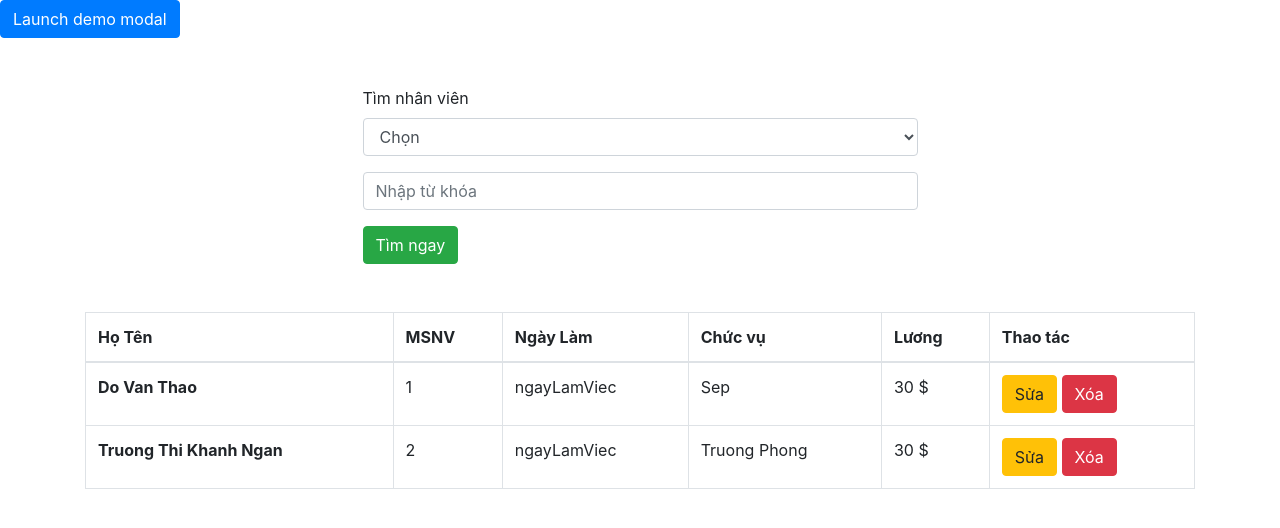
Repository: dovanthao2404/quanlynhanvien
Page: index.html
The author's editor kept a copy of each file at every save. The page is drawn from the files as they stood at one save, then again after the next save.
The browser window is 1280 px wide. The pictures show the whole page.

Above is the page before, as saved 2021-06-30 01:05:54.

### index.html
<!DOCTYPE html>
<html lang="en">

<head>
  <meta charset="UTF-8">
  <meta http-equiv="X-UA-Compatible" content="IE=edge">
  <meta name="viewport" content="width=device-width, initial-scale=1.0">
  <title>Quan Ly Nhan Vien</title>
  <!-- BOOTSTRAP  -->
  <link rel="stylesheet" href="https://cdn.jsdelivr.net/npm/bootstrap@4.6.0/dist/css/bootstrap.min.css"
    integrity="sha384-B0vP5xmATw1+K9KRQjQERJvTumQW0nPEzvF6L/Z6nronJ3oUOFUFpCjEUQouq2+l" crossorigin="anonymous">
  <!-- MAIN CSS -->
  <link rel="stylesheet" href="./css/style.css">
</head>

<body>
  <!-- Button trigger modal -->
  <button type="button" class="btn btn-primary" data-toggle="modal" data-target="#exampleModal">
    Launch demo modal
  </button>

  <!-- Modal -->
  <div class="main">
    <div class="modal fade" id="exampleModal" tabindex="-1" aria-labelledby="exampleModalLabel" aria-hidden="true">
      <div class="modal-dialog">
        <div class="modal-content">
          <div class="modal-header">
            <h2 id="header-title" class="modal-title">Quản lý nhân viên</h2>
            <button type="button" class="close" data-dismiss="modal" aria-label="Close">
              <span aria-hidden="true">&times;</span>
            </button>
          </div>
          <div class="modal-body">
            <div class="form-group">
              <input type="text" class="form-control" id="msnv" placeholder="Mã số nhân viên">
              <span id="thongBaoMNV" class="sp-thongbao text-danger"></span>
            </div>
            <div class="form-group">
              <input type="text" class="form-control" id="hoTen" placeholder="Họ tên*">
              <span id="thongBaoHo" class="sp-thongbao text-danger"></span>
            </div>
            <div class="form-group">
              <input type="text" class="form-control" id="email" placeholder="Email">
              <span id="thongBaoMNV" class="sp-thongbao text-danger"></span>
            </div>
            <div class="form-group">
              <input type="password" class="form-control" id="matKhau" placeholder="Mật khẩu">
              <span id="thongBaoMNV" class="sp-thongbao text-danger"></span>

            </div>
            <div class="form-group">
              <input type="date" class="form-control" id="ngayLam">
              <span id="thongBaoNgayLam" class="sp-thongbao text-danger"></span>

            </div>
            <div class="form-group">
              <select id="chucVu" class="form-control">
                <option selected>Chức vụ</option>
                <option>Sếp</option>
                <option>Trưởng Phòng</option>
                <option>Nhân Viên</option>
              </select>
              <span id="thongBaoChucVu" class="sp-thongbao text-danger"></span>

            </div>

          </div>
          <div class="modal-footer">
            <div class="form-group">

              <button class="btn btn-primary" type="button" id="btnThemNhanVien">Thêm Nhân Viên</button>
              <button class="btn btn-primary" type="button" id="btnCapNhat">Cập nhật</button>
              <button class="btn btn-primary" type="button" id="btnDong">Đóng</button>
            </div>

          </div>
        </div>
      </div>
    </div>
    <div class="search-staff my-5">
      <div class="container">
        <div class="add-staff__content w-50 mx-auto">
          <div class="form-group">
            <label for="">Tìm nhân viên</label>
            <select id="" class="form-control">
              <option selected>Chọn</option>
              <option>Theo Tên</option>
              <option>Theo mã</option>
            </select>
            <span class="sp-thongbao text-danger"></span>
          </div>
          <div class="form-group">
            <input class="form-control" type="text" placeholder="Nhập từ khóa">
          </div>
          <div class="form-group">
            <input class="btn btn-success" type="button" value="Tìm ngay">
          </div>
        </div>
      </div>
    </div>
  </div>

  <div class="list-staff">
    <div class="container">
      <div id="list-staff__content">
        <table id="danhSachNhanVien" class="table table-bordered">
          <thead>
            <tr>
              <th scope="col">Họ Tên</th>
              <th scope="col">MSNV</th>
              <th scope="col">Ngày Làm</th>
              <th scope="col">Chức vụ</th>
              <th scope="col">Lương</th>
              <th scope="col">Thao tác</th>
            </tr>
          </thead>
          <tboby>
            <tr>
              <th scope="row">a</th>
              <td>Jacob</td>
              <td>Thornton</td>
              <td>@fat</td>
              <td>Jacob</td>
              <td>
                <button class="btn btn-warning" id="sua">Sửa</button>
                <button class="btn btn-danger" id="xoa">Xóa</button>
              </td>
            </tr>
          </tboby>
        </table>
      </div>
    </div>
  </div>
  <!-- BOOSTRAP -->
  <script src="https://code.jquery.com/jquery-3.5.1.slim.min.js"
    integrity="sha384-DfXdz2htPH0lsSSs5nCTpuj/zy4C+OGpamoFVy38MVBnE+IbbVYUew+OrCXaRkfj"
    crossorigin="anonymous"></script>
  <script src="https://cdn.jsdelivr.net/npm/bootstrap@4.6.0/dist/js/bootstrap.bundle.min.js"
    integrity="sha384-Piv4xVNRyMGpqkS2by6br4gNJ7DXjqk09RmUpJ8jgGtD7zP9yug3goQfGII0yAns"
    crossorigin="anonymous"></script>
  <script src="./js/NhanVien.js"></script>
  <script src="js/CongTy.js"></script>
  <script src="js/main.js"></script>
</body>

</html>

### js/NhanVien.js
class NhanVien {

  constructor(maNV, hoTen, email, matKhau, ngayLamViec, chucVu) {
    this.maNV = maNV;
    this.hoTen = hoTen;
    this.email = email;
    this.matKhau = matKhau;
    this.ngayLamViec = ngayLamViec;
    this.chucVu = chucVu;
    this.mangDoiChieu = [this.maNV, this.hoTen, this.email
      , this.matKhau, this.ngayLamViec, this.chucVu];
  }
}

### js/CongTy.js
class CongTy {
  constructor() {
    this.DanhSachNhanVien = [];
  }
  // Phương thức thêm nhân viên mới vào mảng (thuộc tính) DanhSachNhanVien
  ThemNhanVien(nhanVienMoi) {
    this.DanhSachNhanVien = [...this.DanhSachNhanVien, nhanVienMoi];
  }

  // Phước thức tìm nhân viên theo mã nhân viên, trả về vị trí nhân viên trong mảng DanhSachNhanVien
  TimViTriNhanVien(maNV) {
    // return this.DanhSachNhanVien.find(nhanVien => nhanVien.maNV === maNV)
    for (let viTri in this.DanhSachNhanVien) {
      if (this.DanhSachNhanVien[viTri].maNV === maNV) {
        return viTri;
      }
    }
    return -1;
  }

  // Tìm nhân viên theo mã trả về nhân viên
  TimNhanVienTheoMa(maNV) {
    let viTri = this.TimViTriNhanVien(maNV);
    if (viTri != -1) {
      return this.DanhSachNhanVien[viTri];
    } else {
    }
  }

  // Xóa nhân viên theo mã
  XoaNhanVien(maNV) {
    let viTri = this.TimViTriNhanVien(maNV);
    if (viTri != -1) {
      this.DanhSachNhanVien.splice(viTri, 1);
    } else {
    }
  }

  // Sửa nhân viên
  SuaNhanVien(nhanVien) {
    let viTri = this.TimViTriNhanVien(nhanVien.maNV);
    this.DanhSachNhanVien[viTri] = nhanVien;
  }

  // Tìm nhân viên theo tên --> trả về danh sách nhân viên
  TimNhanVienTheoTen(hoTen) {
    let dskq = new CongTy();
    hoTen = hoTen.trim().toUpperCase();
    for (let nhanVien of this.DanhSachNhanVien) {
      let hoTenNV = nhanVien.hoTen.trim().toUpperCase();
      if (hoTenNV.search(hoTen) !== -1) {
        dskq.ThemNhanVien(nhanVien);
      }
    }
    return dskq;
  }
}

### js/main.js
function getEle(ele) {
  return document.getElementById(ele);
}

var congTy = new CongTy();
var nhanVienMoi = new NhanVien('1', "Do Van Thao", 'abc@gmail.com', 'truongthikhanhngan', 'ngayLamViec', 'Sep');
congTy.ThemNhanVien(nhanVienMoi);
nhanVienMoi = new NhanVien('2', "Truong Thi Khanh Ngan", 'abc@gmail.com', 'truongthikhanhngan', 'ngayLamViec', 'Truong Phong');
congTy.ThemNhanVien(nhanVienMoi);

// Ham goi modal popup: Them Nhan Vien or Sua thong tin nhan vien
GoiModal = (modal_title, readonly = false, type = 1) => {
  // type = 1: them nhan vien, type = 2: sua thong tin
  getEle('header-title').innerHTML = modal_title;
  getEle('msnv').readonly = readonly;

  switch (type) {
    case 1: //Them nhanVien
      getEle("btnThemNhanVien").style.display = "inline-block";
      getEle("btnCapNhat").style.display = "none";
      getEle("btnDong").style.display = "inline-block";
      break;

    case 2:
      getEle("btnCapNhat").style.display = "inline-block";
      getEle("btnThemNhanVien").style.display = "none";
      getEle("btnDong").style.display = "inline-block";
      break;
  }
}

// Reset form
XoaForm = () => {
  let elements = document.getElementsByTagName('input');
  for (let element of elements) {
    element.value = '';
  }
  document.getElementById('chucVu').selectedIndex = 0;
}

let trangHienThi = 1;
HienThiDanhSach = (dsnv) => {
  var tbody = document.querySelector('table tbody');
  var htmls = '';
  let soNV = dsnv.length;
  for (let i = 0; i < soNV; i++) {
    htmls += `<tr>
          <th scope="row">${dsnv[i].hoTen}</th>
          <td>${dsnv[i].maNV}</td>
          <td>${dsnv[i].ngayLamViec}</td>
          <td>${dsnv[i].chucVu}</td>
          <td>30 $</td>
          <td>
            <button class="btn btn-warning" id="sua">Sửa</button>
            <button class="btn btn-danger" id="xoa">Xóa</button>
          </td>
        </tr>`
  }
  tbody.innerHTML = htmls;
}
HienThiDanhSach(congTy.DanhSachNhanVien);

Loaded but not shown: css/style.css (common file)

After the next save:
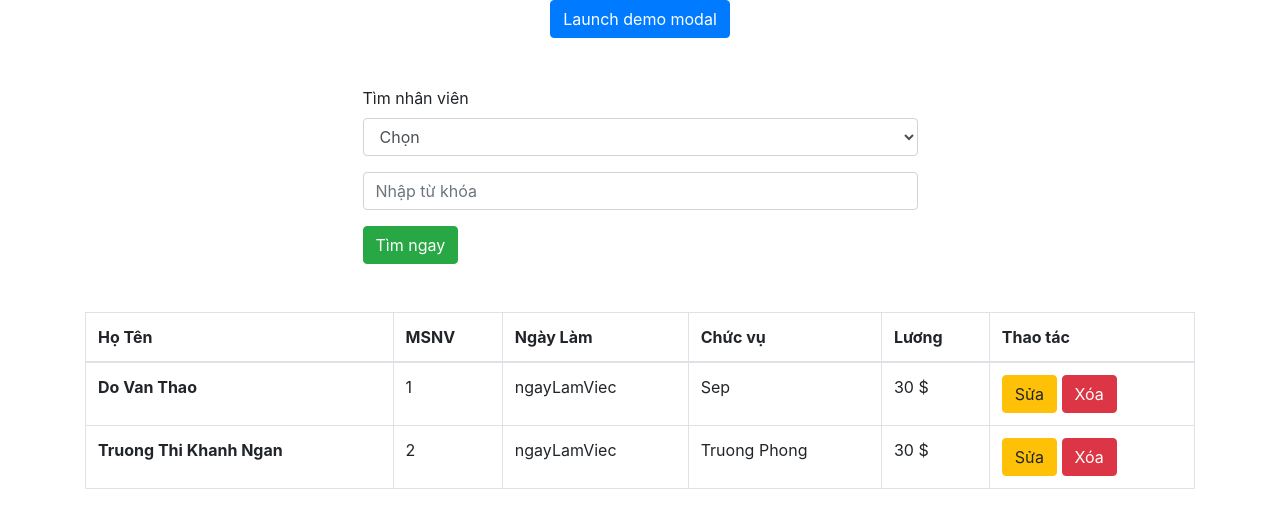
Saved 39 s later.
--- a/index.html
+++ b/index.html
@@ -15,7 +15,7 @@
 
 <body>
   <!-- Button trigger modal -->
-  <button type="button" class="btn btn-primary" data-toggle="modal" data-target="#exampleModal">
+  <button type="button" class="btn btn-primary mx-auto d-block" data-toggle="modal" data-target="#exampleModal">
     Launch demo modal
   </button>
 
